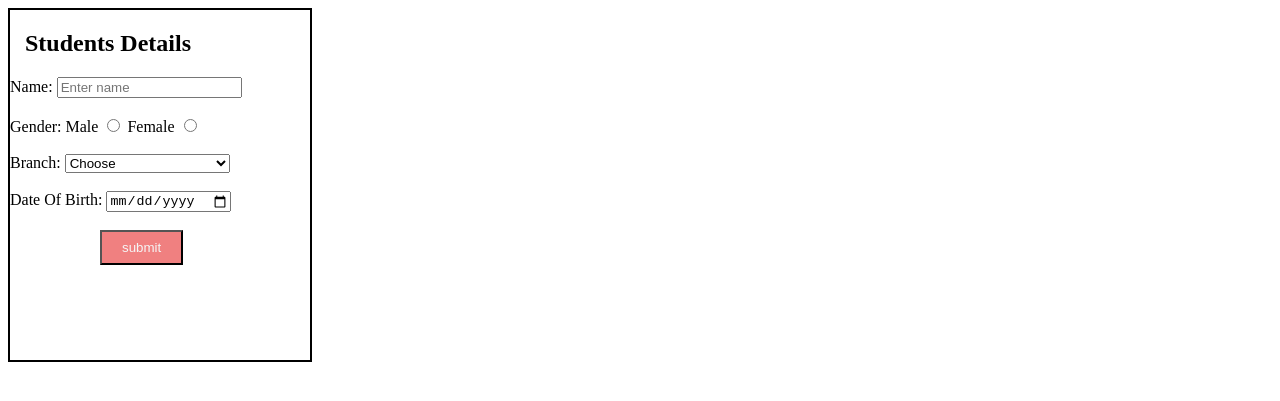
Repository: netravatih-paycorp/Assignments
Page: http://localhost/SpringMvc/home.jsp
An editor plug-in stored every save of this project. The page is shown before and after the next save, followed by the edit.
The browser window is 1280 px wide. The pictures show the whole page.
The page is served by Tomcat 9.

Above is the page before, as saved 2023-07-17 12:17:51.

After the next save:
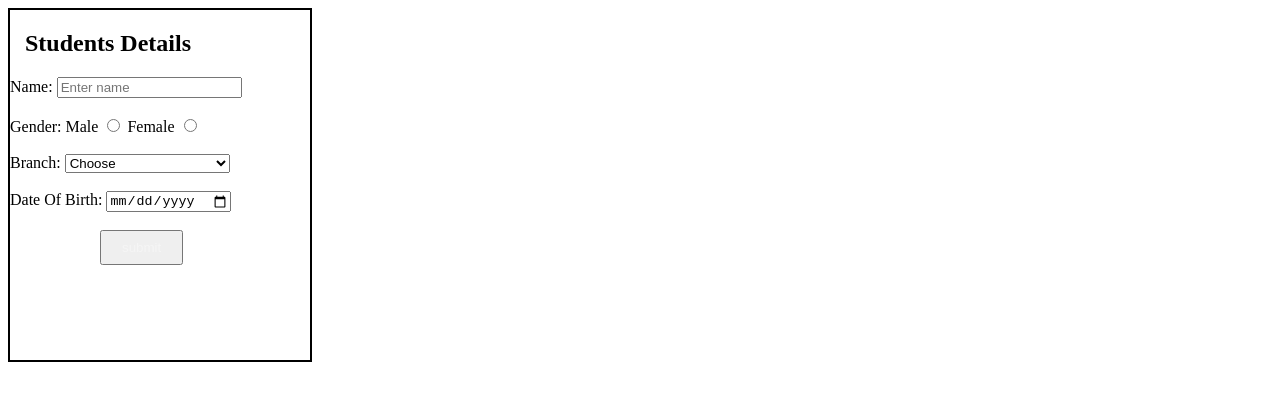
Saved 52 s later.
--- a/SpringMvc/src/main/webapp/home.jsp
+++ b/SpringMvc/src/main/webapp/home.jsp
@@ -33,7 +33,6 @@ button
       {
         padding: 8px 20px;
         margin-left: 90px;
-        background-color:lightcoral ;
         color: whitesmoke;
       }
 </style>
